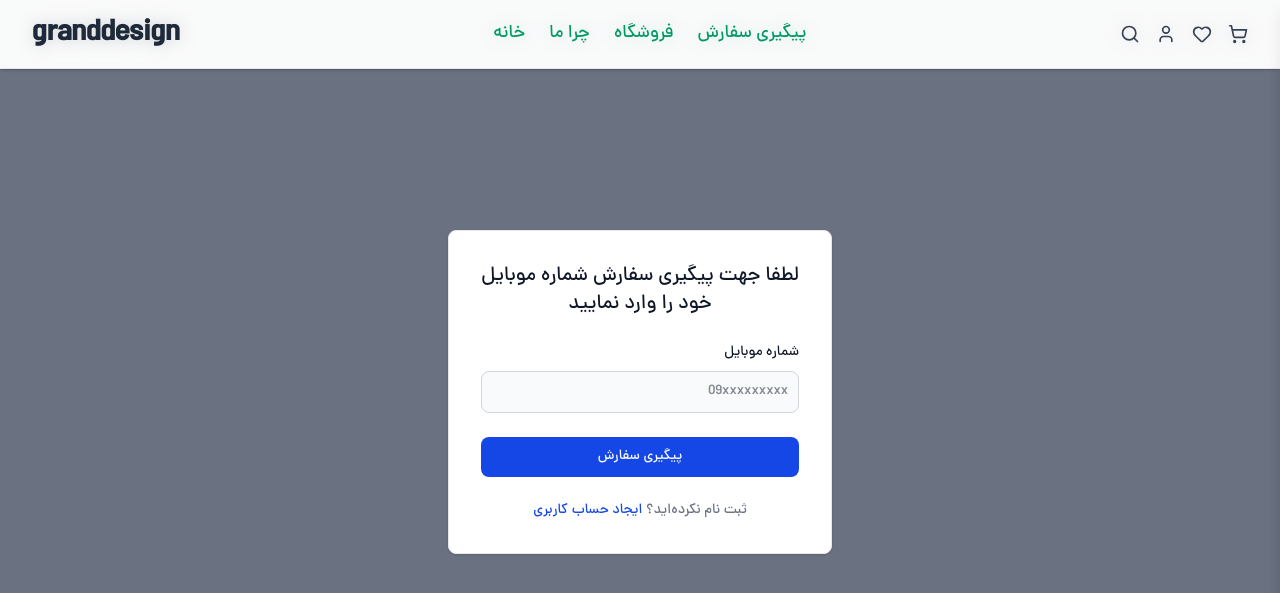
Repository: Aihan-2005/granddesign.frontend
Page: /productTracking
An editor plug-in stored every save of this project. The page is shown before and after the next save, followed by the edit.
The browser window is 1280 px wide. The pictures show the whole page.
The project was rebuilt for these pictures with package versions that can differ from the ones it lists, and the page was loaded fresh each time. The framework's server and built-in components were replaced by stand-ins that run in the browser. Also part of the build but not shown: next.config.mjs, src/components/store/modal/Search.jsx, src/zustand/useAuthStore.jsx, src/components/store/modal/Login.jsx, src/components/store/modal/CartModal.jsx, src/components/store/modal/FavoritesModal.jsx.

Above is the page before, as saved 2025-09-16 01:40:22.

### src/app/layout.jsx
import { Geist, Geist_Mono } from "next/font/google";
import "./globals.css";
import Header from './../components/store/Headers';
import Search from './../components/store/modal/Search';
import LoginModal from './../components/store/modal/Login';
import CartModal from './../components/store/modal/CartModal';
import FavoritesModal from "@/components/store/modal/FavoritesModal";

const geistSans = Geist({
  variable: "--font-geist-sans",
  subsets: ["latin"],
});

const geistMono = Geist_Mono({
  variable: "--font-geist-mono",
  subsets: ["latin"],
});

export const metadata = {
  title: "Create Next App",
  description: "Generated by create next app",
};

export default function RootLayout({ children }) {
  return (
    <html lang="en">
      <body className={`${geistSans.variable} ${geistMono.variable} antialiased`}>
        <Header />
        {children}
        <Search/>
        <LoginModal />
        <FavoritesModal/>
        <CartModal />
      </body>
    </html>
  );
}

### src/app/(fullpage)/layout.jsx
export default function LayoutRegister({children}){
    return(
        <>
        {children}
        </>
    )
}

### src/app/(fullpage)/productTracking/page.jsx
import Header from "@/components/store/Headers";

export default function ProductTracking() {
    return (
        <div className="min-h-screen bg-gray-500 relative overflow-hidden" >
            <Header />

            <div className="flex items-center justify-center min-h-screen pt-16">
                <div className="w-full max-w-sm p-4 bg-white border border-gray-200 rounded-lg shadow-sm sm:p-6 md:p-8 ">
                    <form className="space-y-6" action="#">
                        <h5 className="text-xl font-medium text-gray-900 dark:text-white text-center">
                            لطفا جهت پیگیری سفارش شماره موبایل خود را وارد نمایید
                        </h5>
                        <div>
                            <label htmlFor="phone" className="block mb-2 text-sm font-medium text-gray-900 dark:text-white text-right">
                                شماره موبایل
                            </label>
                            <input
                                type="tel"
                                name="phone"
                                id="phone"
                                className="bg-gray-50 border border-gray-300 text-gray-900 text-sm rounded-lg focus:ring-blue-500 focus:border-blue-500 block w-full p-2.5 dark:bg-gray-600 dark:border-gray-500 dark:placeholder-gray-400 dark:text-white text-right"
                                placeholder="09xxxxxxxxx"
                                required
                            />
                        </div>

                        <button
                            type="submit"
                            className="w-full text-white bg-blue-700 hover:bg-blue-800 focus:ring-4 focus:outline-none focus:ring-blue-300 font-medium rounded-lg text-sm px-5 py-2.5 text-center dark:bg-blue-600 dark:hover:bg-blue-700 dark:focus:ring-blue-800"
                        >
                            پیگیری سفارش
                        </button>

                        <div className="text-sm font-medium text-gray-500 dark:text-gray-300 text-center">
                            ثبت نام نکرده‌اید؟{" "}
                            <a href="#" className="text-blue-700 hover:underline dark:text-blue-500">
                                ایجاد حساب کاربری
                            </a>
                        </div>
                    </form>
                </div>
            </div>
        </div>
    )
}

### src/app/globals.css
@import "tailwindcss";



@font-face {
  font-family: "Biski";
  src: url("/Fonts/biski/BiskiTrial-Regular.otf") format(opentype);
}
@font-face {
  font-family: "Dana";
  src: url("/Fonts/dana/dana medium.ttf") format(truetype);
}
@font-face {
  font-family: "Niaz";
  src: url("/Fonts/niaz/niaz.ttf") format(truetype);
}

*{
  font-family:"Dana";
   scroll-behavior: smooth;
}




body::-webkit-scrollbar {
    width: 7px;
}

body::-webkit-scrollbar-track {
    background-color: inherit;
    border-radius: 25px;
}

body::-webkit-scrollbar-thumb {
    background-color: rgb(130, 130, 130);
    border-radius: 25px;
}

.changeScroll::-webkit-scrollbar {
    height:  7px;
}

.changeScroll::-webkit-scrollbar-track {
    background-color: inherit;
    border-radius: 25px;
}

.changeScroll::-webkit-scrollbar-thumb {
    background-color: rgb(130, 130, 130);
    border-radius: 25px;
}


body {
background-color: rgba(49, 49, 49, 0.901);
width: 100%;
height: 100%;
}


input:-webkit-autofill,
input:-webkit-autofill:hover,
input:-webkit-autofill:focus,
input:-webkit-autofill:active {
    -webkit-box-shadow: 0 0 0px 1000px #0f172a00 inset !important;
    box-shadow: 0 0 0px 1000px #0f172a00 inset !important;
    -webkit-text-fill-color: #fff !important;
    caret-color: #ffffff !important;
    border-color: #94a3b800 !important;
    transition: background-color 9999s ease-in-out 0s, color 9999s ease-in-out 0s;
    appearance: none;
}
.no-scrollbar::-webkit-scrollbar {
  display: none;
}
.no-scrollbar {
  -ms-overflow-style: none;  /* IE and Edge */
  scrollbar-width: none;  /* Firefox */
}

### src/zustand/Search.jsx
import { create } from "zustand";


export const useSearchStore = create((set) => ({
  isSearchOpen: false,
  openSearch: () => set({ isSearchOpen: true }),
  closeSearch: () => set({ isSearchOpen: false }),
}));

### src/zustand/loginStore.jsx
import { create } from "zustand";


export const useLoginStore = create((set)=>({
    isLoginOpen : false,
    openLogin:()=>set({isLoginOpen:true}),
    closeLogin:()=>set({isLoginOpen:false})
}));

### src/zustand/cartStore.jsx
// import { create } from "zustand";

// export const useCartStore = create((set) => ({
//   isCartOpen: false,
//   items: [],

//   openCart: () => set({ isCartOpen: true }),
//   closeCart: () => set({ isCartOpen: false }),

//   addItem: (product) =>
//     set((state) => {
//       const existing = state.items.find((item) => item.id === product.id);
//       if (existing) {
//         return {
//           items: state.items.map((item) =>
//             item.id === product.id
//               ? { ...item, quantity: item.quantity + 1 }
//               : item
//           ),
//         };
//       }
//       return {
//         items: [...state.items, { ...product, quantity: 1 }],
//       };
//     }),

//   removeItem: (id) =>
//     set((state) => ({
//       items: state.items.filter((item) => item.id !== id),
//     })),
// }));
// src/zustand/cartStore.js
import { create } from 'zustand';
import { persist } from 'zustand/middleware'; // اضافه کردن این import

export const useCartStore = create(
  persist( // اضافه کردن persist
    (set, get) => ({
      items: [],
      isCartOpen: false,

      openCart: () => set({ isCartOpen: true }),
      closeCart: () => set({ isCartOpen: false }),

      addItem: (product) => set((state) => {
        const existingItem = state.items.find(item => item.id === product.id);
        if (existingItem) {
          return {
            items: state.items.map(item =>
              item.id === product.id
                ? { ...item, quantity: item.quantity + 1 }
                : item
            )
          };
        } else {
          return {
            items: [...state.items, { ...product, quantity: 1 }]
          };
        }
      }),

      removeItem: (productId) => set((state) => ({
        items: state.items.filter(item => item.id !== productId)
      })),

      updateQuantity: (productId, newQuantity) => set((state) => ({
        items: state.items.map(item =>
          item.id === productId
            ? { ...item, quantity: Math.max(0, newQuantity) }
            : item
        ).filter(item => item.quantity > 0)
      })),

      clearCart: () => set({ items: [] })
    }),
    {
      name: 'cart-storage', // نام برای localStorage
    }
  )
);

### src/zustand/favoritesStore.jsx
// // src/zustand/wishlistStore.js
// import { create } from 'zustand';
// import { persist } from 'zustand/middleware';

// export const useWishlistStore = create(
//   persist(
//     (set, get) => ({
//       wishlistItems: [],

//       // اضافه کردن محصول به علاقه‌مندی‌ها
//       addToWishlist: (product) => set((state) => {
//         const exists = state.wishlistItems.find(item => item.id === product.id);
//         if (!exists) {
//           return { wishlistItems: [...state.wishlistItems, product] };
//         }
//         return state;
//       }),

//       // حذف محصول از علاقه‌مندی‌ها
//       removeFromWishlist: (productId) => set((state) => ({
//         wishlistItems: state.wishlistItems.filter(item => item.id !== productId)
//       })),

//       // تغییر وضعیت محصول در علاقه‌مندی‌ها
//       toggleWishlistItem: (product) => set((state) => {
//         const exists = state.wishlistItems.find(item => item.id === product.id);
//         if (exists) {
//           return {
//             wishlistItems: state.wishlistItems.filter(item => item.id !== product.id)
//           };
//         } else {
//           return {
//             wishlistItems: [...state.wishlistItems, product]
//           };
//         }
//       }),

//       // پاک کردن همه علاقه‌مندی‌ها
//       clearWishlist: () => set({ wishlistItems: [] }),

//       // بررسی وجود محصول در علاقه‌مندی‌ها
//       isInWishlist: (productId) => {
//         return get().wishlistItems.some(item => item.id === productId);
//       }
//     }),
//     {
//       name: 'wishlist-storage', // نام برای ذخیره در localStorage
//     }
//   )
// );
// src/zustand/wishlistStore.js
// src/zustand/favoritesStore.js
import { create } from 'zustand';
import { persist } from 'zustand/middleware';

export const useWishlistStore = create(
  persist(
    (set, get) => ({
      wishlistItems: [],
      isFavoritesOpen: false, // اضافه کردن این خط

      // توابع جدید برای مدیریت modal
      openFavorites: () => set({ isFavoritesOpen: true }),
      closeFavorites: () => set({ isFavoritesOpen: false }),

      // توابع قبلی...
      addToWishlist: (product) => set((state) => {
        const exists = state.wishlistItems.find(item => item.id === product.id);
        if (!exists) {
          return { wishlistItems: [...state.wishlistItems, product] };
        }
        return state;
      }),

      removeFromWishlist: (productId) => set((state) => ({
        wishlistItems: state.wishlistItems.filter(item => item.id !== productId)
      })),

      toggleWishlistItem: (product) => set((state) => {
        const exists = state.wishlistItems.find(item => item.id === product.id);
        if (exists) {
          return {
            wishlistItems: state.wishlistItems.filter(item => item.id !== product.id),
            isFavoritesOpen: true // باز نگه داشتن modal بعد از حذف
          };
        } else {
          return {
            wishlistItems: [...state.wishlistItems, product],
            isFavoritesOpen: true // باز نگه داشتن modal بعد از اضافه کردن
          };
        }
      }),

      clearWishlist: () => set({ wishlistItems: [] }),

      isInWishlist: (productId) => {
        return get().wishlistItems.some(item => item.id === productId);
      }
    }),
    {
      name: 'wishlist-storage',
    }
  )
);

Loaded but not shown: src/zustand/store.js (18 lines, source omitted); src/components/store/Headers.jsx (396 lines, source omitted)

After the next save:
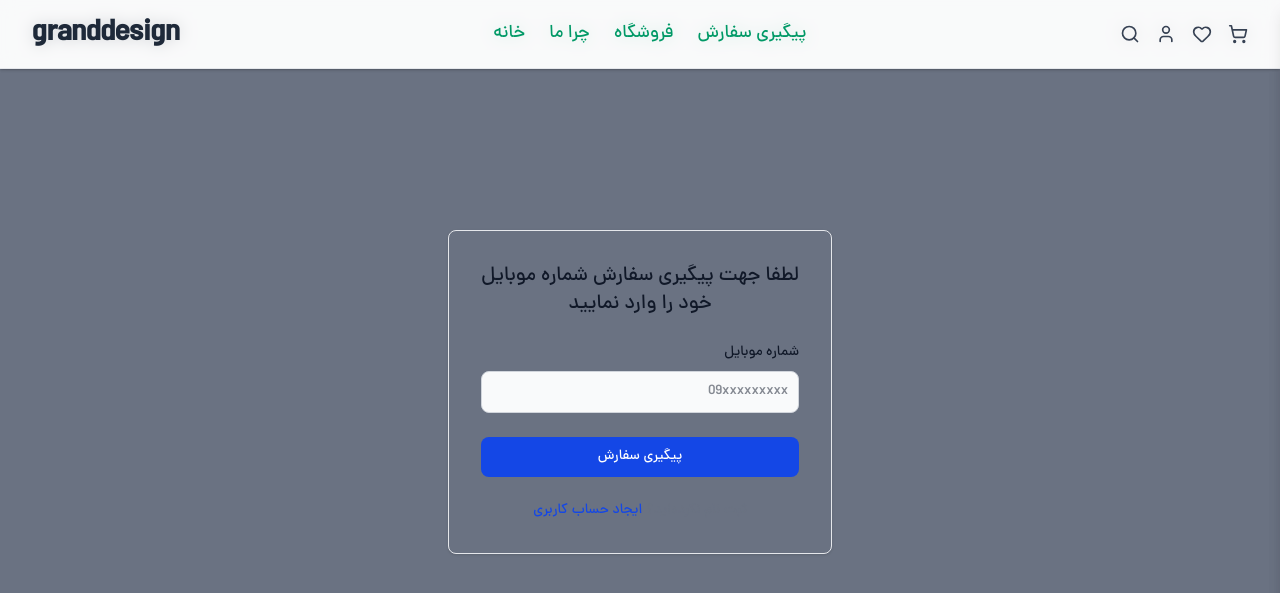
Saved 9 s later.
--- a/src/app/(fullpage)/productTracking/page.jsx
+++ b/src/app/(fullpage)/productTracking/page.jsx
@@ -6,7 +6,7 @@ export default function ProductTracking() {
             <Header />
 
             <div className="flex items-center justify-center min-h-screen pt-16">
-                <div className="w-full max-w-sm p-4 bg-white border border-gray-200 rounded-lg shadow-sm sm:p-6 md:p-8 ">
+                <div className="w-full max-w-sm p-4 bg- border border-gray-200 rounded-lg shadow-sm sm:p-6 md:p-8 ">
                     <form className="space-y-6" action="#">
                         <h5 className="text-xl font-medium text-gray-900 dark:text-white text-center">
                             لطفا جهت پیگیری سفارش شماره موبایل خود را وارد نمایید
